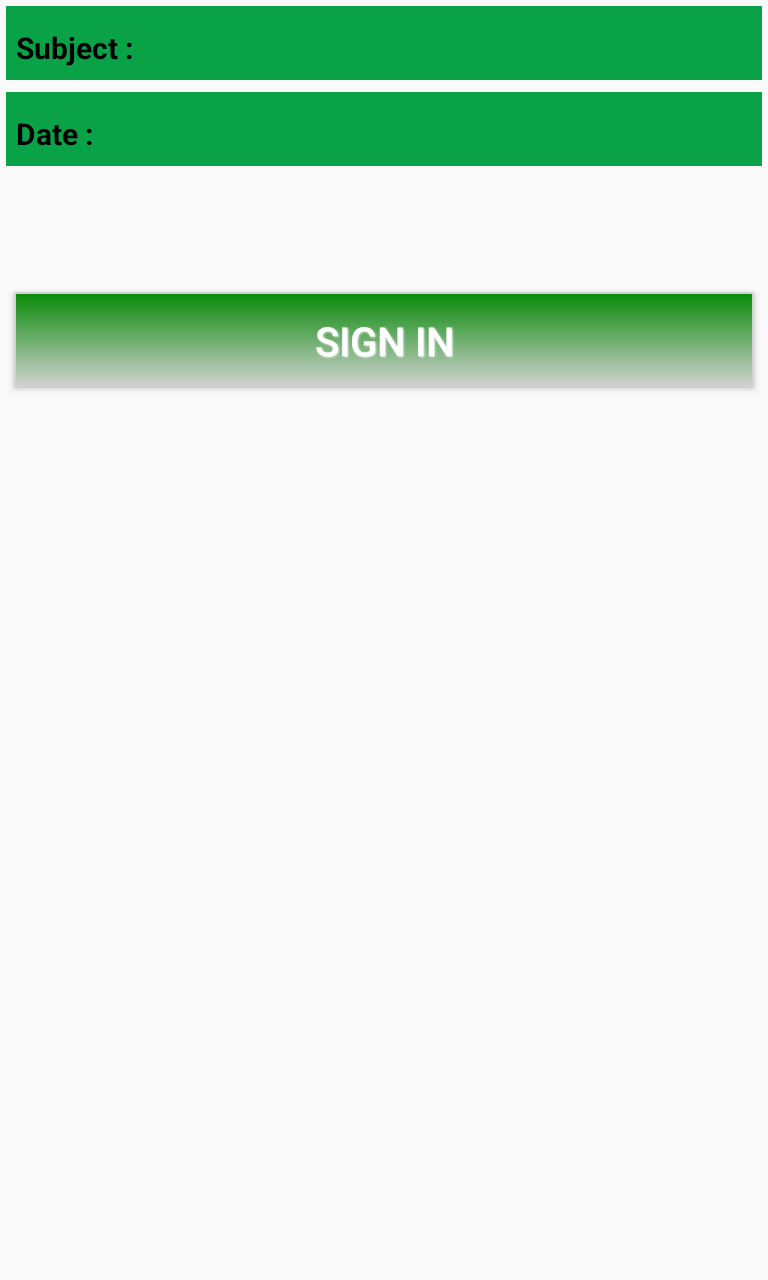
Repository: iguardian2015/iguardian-litchi
Layout: iguardian/res/layout/activity_assignment_view.xml
These files come from the project's save history. The layout is drawn as it stood at one moment and after the next save; the edit follows.
It is drawn on a 768 x 1280 px phone screen (xhdpi) without system bars, with theme AppTheme; the app's code is not run.

Above is the layout before, as saved 2015-01-03 15:17:42.

### iguardian/res/layout/activity_assignment_view.xml
<?xml version="1.0" encoding="utf-8"?>
<ScrollView xmlns:android="http://schemas.android.com/apk/res/android"
    android:layout_width="fill_parent"
    android:layout_height="fill_parent" >

    <LinearLayout
        android:layout_width="fill_parent"
        android:layout_height="fill_parent"
        android:orientation="vertical" >

        <LinearLayout
            android:layout_width="match_parent"
            android:layout_height="wrap_content"
            android:layout_margin="3dp"
            android:background="#0AA247"
            android:orientation="horizontal" >

            <TextView
                android:id="@+id/subject"
                android:layout_width="wrap_content"
                android:layout_height="wrap_content"
                android:padding="5dp"
                android:text="Subject :"
                android:textAppearance="?android:attr/textAppearanceLarge"
                android:textColor="#000000"
                android:textSize="15dp"
                android:textStyle="bold" />

            <TextView
                android:id="@+id/assignment_subject"
                android:layout_width="wrap_content"
                android:layout_height="wrap_content"
                android:padding="5dp"
                android:textAppearance="?android:attr/textAppearanceLarge"
                android:textColor="#000000"
                android:textSize="20dp"
                android:textStyle="italic" />
        </LinearLayout>

        <LinearLayout
            android:layout_width="match_parent"
            android:layout_height="wrap_content"
            android:layout_margin="3dp"
            android:background="#0AA247"
            android:orientation="horizontal" >

            <TextView
                android:id="@+id/date"
                android:layout_width="wrap_content"
                android:layout_height="wrap_content"
                android:padding="5dp"
                android:text="Date :"
                android:textAppearance="?android:attr/textAppearanceLarge"
                android:textColor="#000000"
                android:textSize="15dp"
                android:textStyle="bold" />

            <TextView
                android:id="@+id/assignment_date"
                android:layout_width="wrap_content"
                android:layout_height="wrap_content"
                android:padding="5dp"
                android:textAppearance="?android:attr/textAppearanceLarge"
                android:textColor="#000000"
                android:textSize="20dp"
                android:textStyle="italic" />
        </LinearLayout>


        <ScrollView
            android:layout_width="wrap_content"
            android:layout_height="wrap_content"
            android:layout_weight="1" >

            <TextView
                android:id="@+id/assignment"
                android:layout_width="match_parent"
                android:layout_height="wrap_content"
                android:layout_margin="8dp"
                android:padding="5dp"
                android:paddingTop="10dp"
                android:textAppearance="?android:attr/textAppearanceLarge"
                android:textColor="#525250"
                android:textSize="20dp"
                android:textStyle="italic" />
        </ScrollView>

        <LinearLayout
            android:layout_width="match_parent"
            android:layout_height="wrap_content"
            android:layout_margin="3dp"
            android:orientation="horizontal" >

            <!-- <Button
                android:id="@+id/download"
                android:layout_width="match_parent"
                android:layout_height="wrap_content"
                android:layout_margin="8dp"
                android:text="Download Assignment" /> -->

            <Button
               android:id="@+id/download"
               android:layout_width="match_parent"
               android:layout_height="wrap_content"
            android:padding="10dp"
            android:layout_margin="4dp"
               android:text="Sign In"
            style="@style/DefaultButtonText"
               android:background="@drawable/button_default_bg"
           />

        </LinearLayout>
    </LinearLayout>

</ScrollView>

### iguardian/res/values/styles.xml
<resources>

    <!--
        Base application theme, dependent on API level. This theme is replaced
        by AppBaseTheme from res/values-vXX/styles.xml on newer devices.
    -->
    <style name="AppBaseTheme" parent="Theme.AppCompat.Light">
        <!--
            Theme customizations available in newer API levels can go in
            res/values-vXX/styles.xml, while customizations related to
            backward-compatibility can go here.
        -->
    </style>

    <!-- Application theme. -->
    <style name="AppTheme" parent="AppBaseTheme">
        <!-- All customizations that are NOT specific to a particular API-level can go here. -->
    </style>

    <style name="DefaultButtonText">
       <item name="android:layout_width">fill_parent</item>
        <item name="android:layout_height">wrap_content</item>
        <item name="android:textColor">#FFFFFF</item>
        <item name="android:gravity">center</item>
        <item name="android:layout_margin">3dp</item>
        <item name="android:textStyle">normal</item>
        <item name="android:textSize">20sp</item>
        <item name="android:shadowColor">#f9f9f9</item>
        <item name="android:shadowDx">1</item>
        <item name="android:shadowDy">1</item>
        <item name="android:shadowRadius">1</item>
    </style>

    <style name="btnStyleBeige" parent="@android:style/Widget.Button">
       <item name="android:textSize">15sp</item>
       <item name="android:textStyle">bold</item>
       <item name="android:textColor">#5d6153</item>
       <item name="android:gravity">center</item>
       <item name="android:shadowColor">#000000</item>
       <item name="android:shadowDx">1</item>
       <item name="android:shadowDy">1</item>
       <item name="android:shadowRadius">0.6</item>
       <item name="android:background">@drawable/custom_button</item>
       <item name="android:padding">10dip</item>
   </style>

</resources>

### iguardian/res/drawable-hdpi/button_default_bg.xml
<?xml version="1.0" encoding="utf-8"?>
<selector xmlns:android="http://schemas.android.com/apk/res/android">
    <item  android:state_pressed="true" >
        <shape>
            <solid
                android:color="#f8f9fa" />
            <stroke
                android:width="1dp"
                android:color="#8CDA2C" />
            <corners
                android:radius="1dp" />

        </shape>
    </item>
    <item>
        <shape>
            <gradient
                android:startColor="#088A08"
                android:endColor="#d2d2d2"
                android:angle="270" />
            <stroke
                android:width="1dp"
                android:color="#d2d2d2" />
            <corners
                android:radius="1dp" />

        </shape>
    </item>
</selector>

Loaded but not shown: iguardian/res/values-v11/styles.xml (common file); iguardian/res/values-v14/styles.xml (common file)

After the next save:
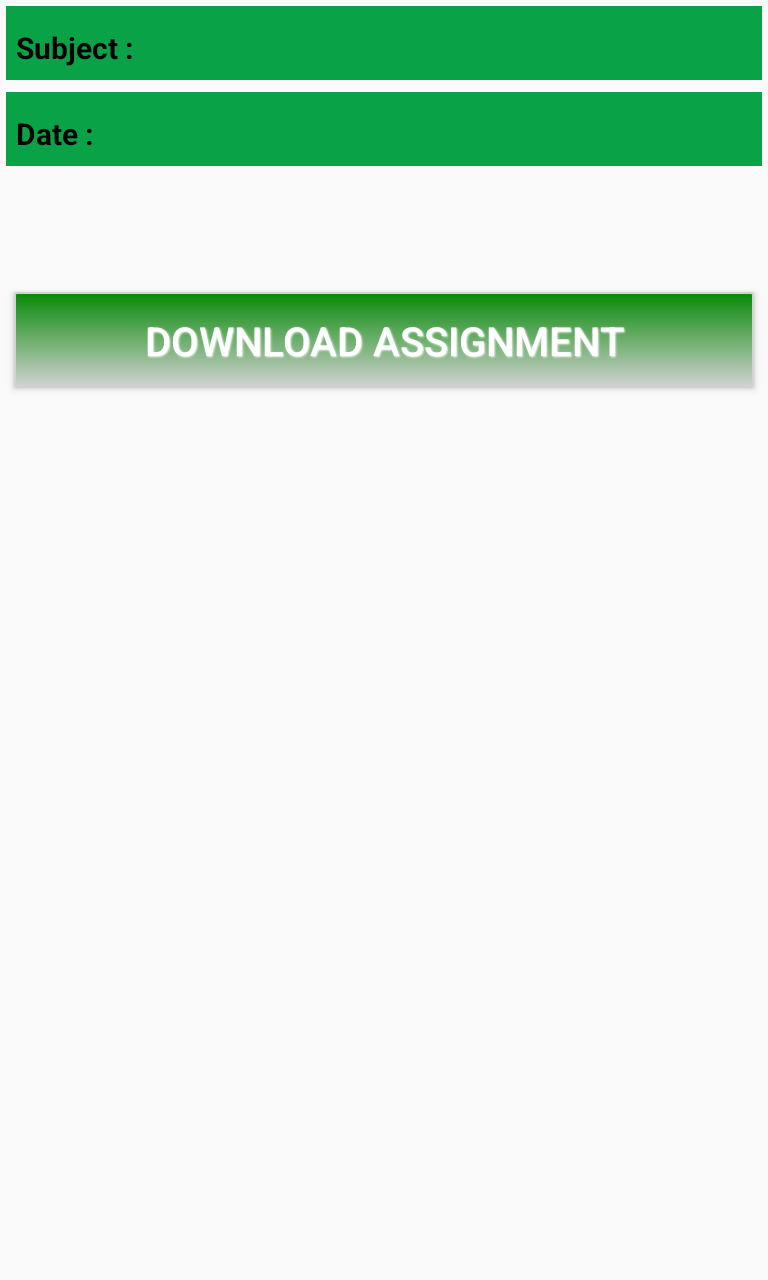
Saved 14 s later.
--- a/iguardian/res/layout/activity_assignment_view.xml
+++ b/iguardian/res/layout/activity_assignment_view.xml
@@ -104,7 +104,7 @@
                android:layout_height="wrap_content"
             android:padding="10dp"
             android:layout_margin="4dp"
-               android:text="Sign In"
+               android:text="Download Assignment"
             style="@style/DefaultButtonText"
                android:background="@drawable/button_default_bg"
            />
